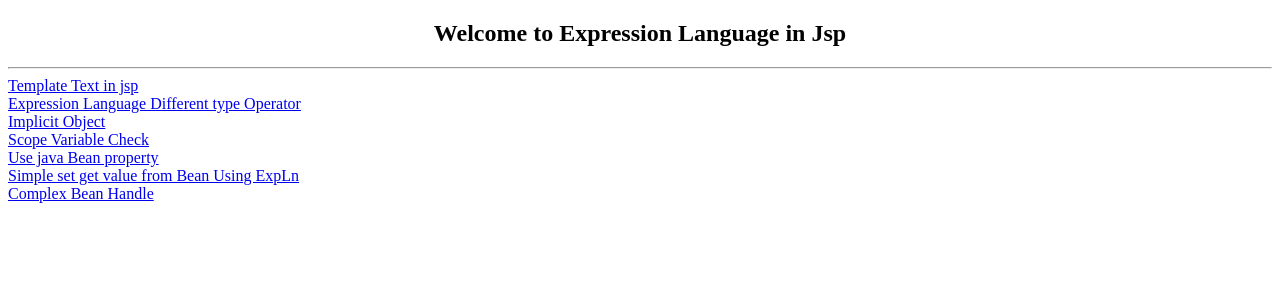
Repository: imrangthub/BlogUsingCoreJava
Page: http://localhost/StartingJsp_00/ExpressionLanguageOfJsp/index.jsp
An editor plug-in stored every save of this project. The page is shown before and after the next save, followed by the edit.
The browser window is 1280 px wide. The pictures show the whole page.
The page is served by Tomcat 9.

Above is the page before, as saved 2016-12-26 04:33:55.

### StartingJsp_00/WebContent/ExpressionLanguageOfJsp/index.jsp
<%@ page language="java" contentType="text/html; charset=ISO-8859-1"
    pageEncoding="ISO-8859-1"%>
<!DOCTYPE html PUBLIC "-//W3C//DTD HTML 4.01 Transitional//EN" "http://www.w3.org/TR/html4/loose.dtd">
<html>
<head>
<meta http-equiv="Content-Type" content="text/html; charset=ISO-8859-1">
<title>Expression Lan</title>
</head>
<body>
<h2 align="center">Welcome to Expression Language in Jsp</h2>
<hr/>
<a href="templateText.jsp">Template Text in jsp</a><br/>
<a href="expLanOperator.jsp">Expression Language Different type Operator</a><br/>
<a href="implicitObjectOrBiltinObj.jsp">Implicit Object</a><br/>
<a href="../scopeVarCheck">Scope Variable Check</a><br/>
<a href="../useBeanProperty">Use java Bean property</a><br/>
<a href="simpleSetGetPropertytoBeanExpLn.jsp"> Simple set get value from Bean Using ExpLn</a><br/>
<a href="../complexBeanHandle">Complex Bean Handle</a>

</body>
</html>

After the next save:
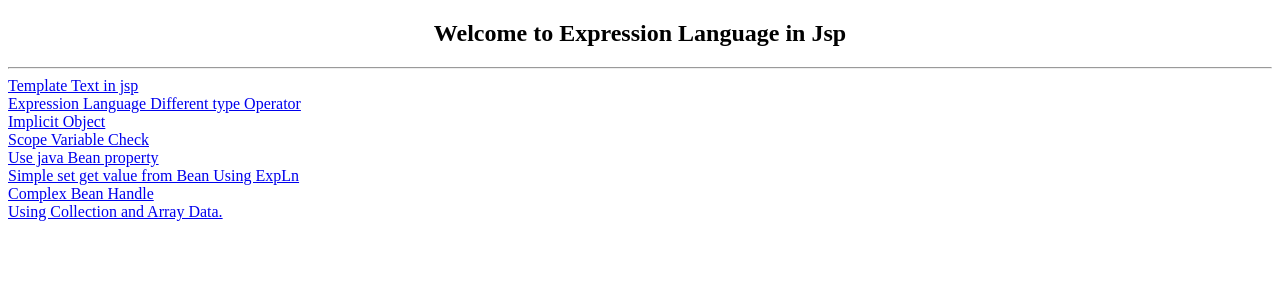
Saved 5 h 34 min later.
--- a/StartingJsp_00/WebContent/ExpressionLanguageOfJsp/index.jsp
+++ b/StartingJsp_00/WebContent/ExpressionLanguageOfJsp/index.jsp
@@ -15,7 +15,8 @@
 <a href="../scopeVarCheck">Scope Variable Check</a><br/>
 <a href="../useBeanProperty">Use java Bean property</a><br/>
 <a href="simpleSetGetPropertytoBeanExpLn.jsp"> Simple set get value from Bean Using ExpLn</a><br/>
-<a href="../complexBeanHandle">Complex Bean Handle</a>
+<a href="../complexBeanHandle">Complex Bean Handle</a><br/>
+<a href="../usingCollectionArrayProperty">Using Collection and Array Data.</a>
 
 </body>
 </html>
